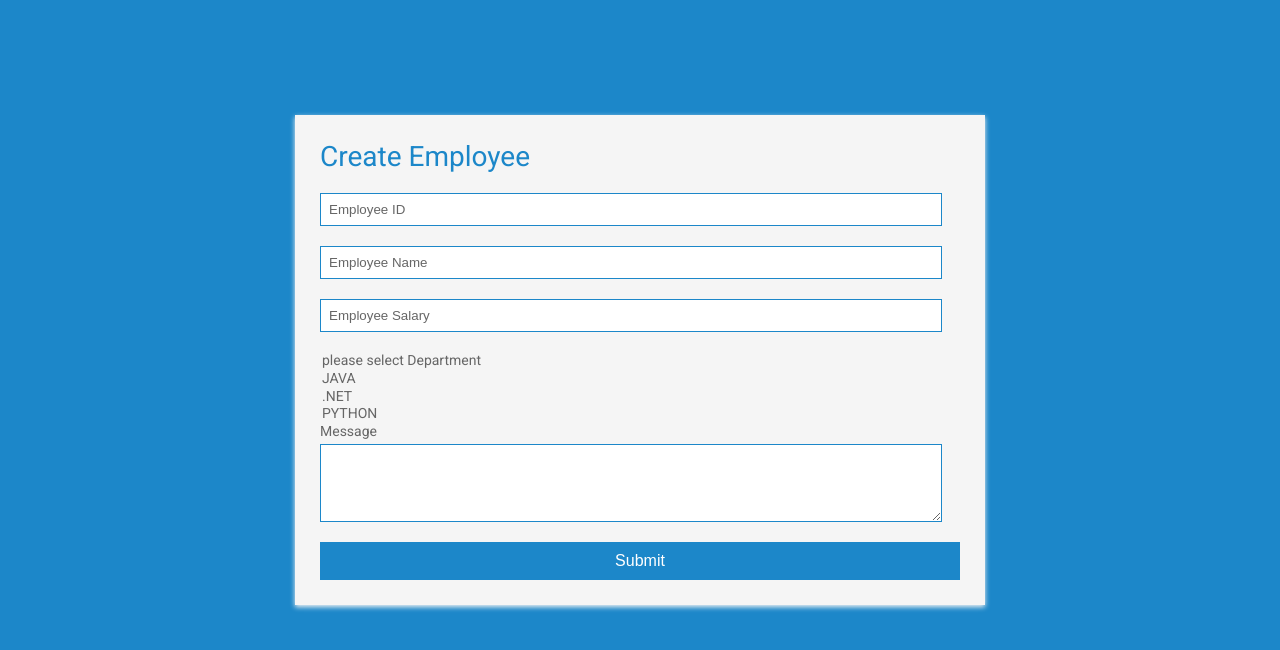
Repository: Meghanareddy1098/employee1
Page: http://localhost/employee-webApp/
The author's editor kept a copy of each file at every save. The page is drawn from the files as they stood at one save, then again after the next save.
The browser window is 1280 px wide. The pictures show the whole page.
Some web libraries are served in a nearby version. The page is served by Tomcat 10. Other server files are loaded and not shown.

Above is the page before, as saved 2022-05-29 10:31:42.

### employee-webApp/src/main/webapp/index.jsp
<html>
  <head>
    <title>Contact form</title>
    <link rel="stylesheet" href="https://use.fontawesome.com/releases/v5.4.1/css/all.css" integrity="sha384-5sAR7xN1Nv6T6+dT2mhtzEpVJvfS3NScPQTrOxhwjIuvcA67KV2R5Jz6kr4abQsz" crossorigin="anonymous">
    <link href="https://fonts.googleapis.com/css?family=Roboto:300,400,500,700" rel="stylesheet">
    <style>
      html, body {
      min-height: 100%;
      padding: 0;
      margin: 0;
      font-family: Roboto, Arial, sans-serif;
      font-size: 14px;
      color: #666;
      }
      h1 {
      margin: 0 0 20px;
      font-weight: 400;
      color: #1c87c9;
      }
      p {
      margin: 0 0 5px;
      }
      .main-block {
      display: flex;
      flex-direction: column;
      justify-content: center;
      align-items: center;
      min-height: 100vh;
      background: #1c87c9;
      }
      form {
      padding: 25px;
      margin: 25px;
      box-shadow: 0 2px 5px #f5f5f5;
      background: #f5f5f5;
      }
      .fas {
      margin: 25px 10px 0;
      font-size: 72px;
      color: #fff;
      }
      .fa-envelope {
      transform: rotate(-20deg);
      }
      .fa-at , .fa-mail-bulk{
      transform: rotate(10deg);
      }
      input, textarea {
      width: calc(100% - 18px);
      padding: 8px;
      margin-bottom: 20px;
      border: 1px solid #1c87c9;
      outline: none;
      }
      input::placeholder {
      color: #666;
      }
      button {
      width: 100%;
      padding: 10px;
      border: none;
      background: #1c87c9;
      font-size: 16px;
      font-weight: 400;
      color: #fff;
      }
      button:hover {
      background: #2371a0;
      }
      @media (min-width: 568px) {
      .main-block {
      flex-direction: row;
      }
      .left-part, form {
      width: 50%;
      }
      .fa-envelope {
      margin-top: 0;
      margin-left: 20%;
      }
      .fa-at {
      margin-top: -10%;
      margin-left: 65%;
      }
      .fa-mail-bulk {
      margin-top: 2%;
      margin-left: 28%;
      }
      }
    </style>
  </head>
  <body>
    <div class="main-block">


      <form action="/">
        <h1>Create Employee</h1>
        <div class="info">
          <input class="fname" type="text" name="empId" placeholder="Employee ID">
          <input type="text" name="empName" placeholder="Employee Name">
          <input type="number" name="empSal" placeholder="Employee Salary">
          <selection name = "empDept">
          <Option>please select Department</Option>
          <Option>JAVA</Option>
          <Option>.NET</Option>
          <Option>PYTHON</Option>
          </section>

        </div>
        <p>Message</p>
        <div>
          <textarea rows="4"></textarea>
        </div>
        <button type="submit" href="/">Submit</button>
      </form>
    </div>
  </body>
</html>

After the next save:
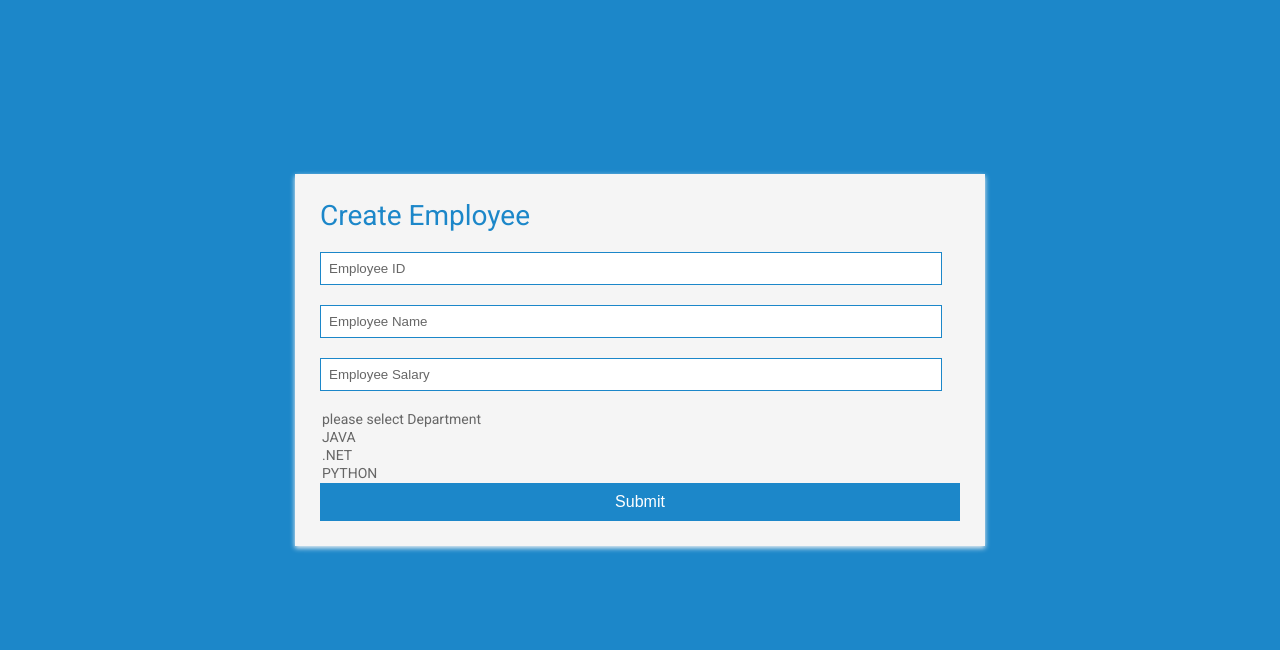
Saved 97 s later.
--- a/employee-webApp/src/main/webapp/index.jsp
+++ b/employee-webApp/src/main/webapp/index.jsp
@@ -107,10 +107,7 @@
           </section>
 
         </div>
-        <p>Message</p>
-        <div>
-          <textarea rows="4"></textarea>
-        </div>
+
         <button type="submit" href="/">Submit</button>
       </form>
     </div>
